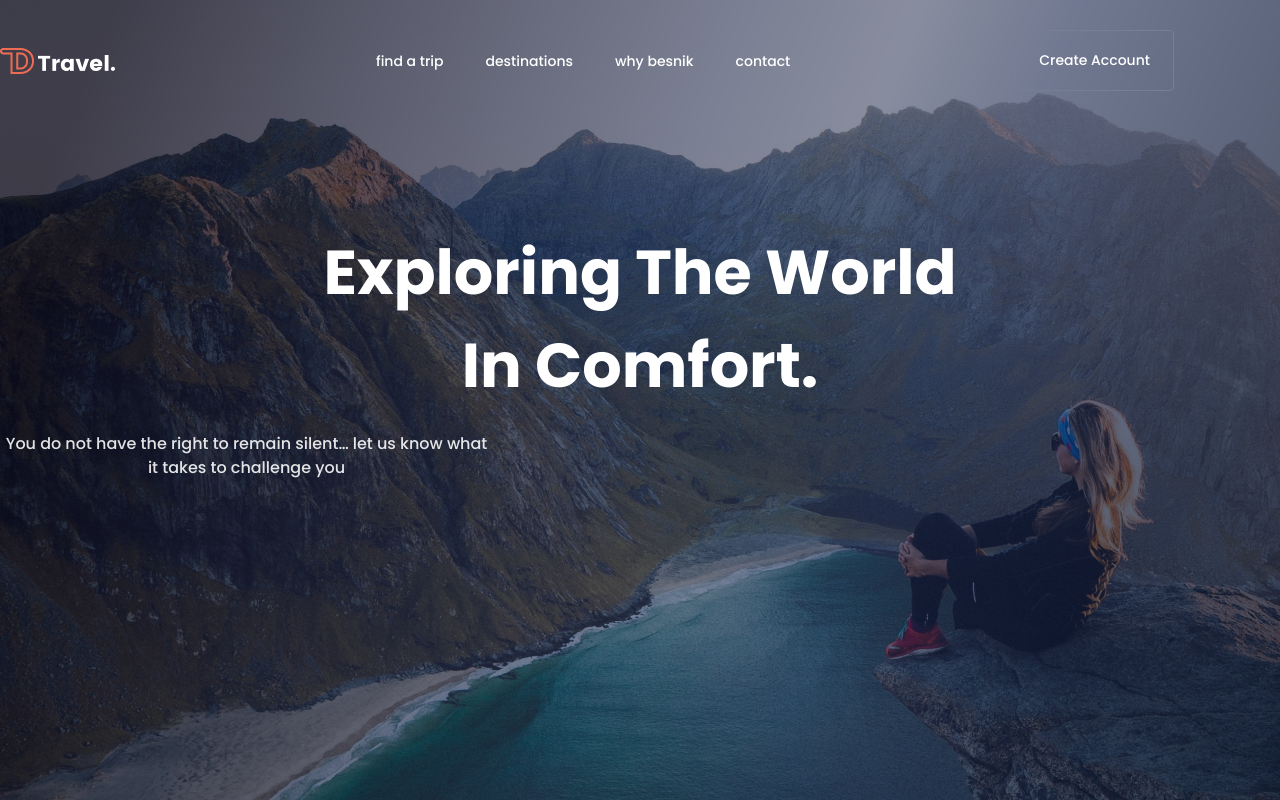
Repository: hoang0508/LandingPage-CodeTravel2
Page: index.html
The author's editor kept a copy of each file at every save. The page is drawn from the files as they stood at one save, then again after the next save.
The browser window is 1280 px wide. The pictures show the whole page.
The style sheet was rebuilt from its Sass, Less or Tailwind sources for each picture, by a compiler version that may differ from the author's.

Above is the page before, as saved 2022-09-15 15:53:40.

After the next save:
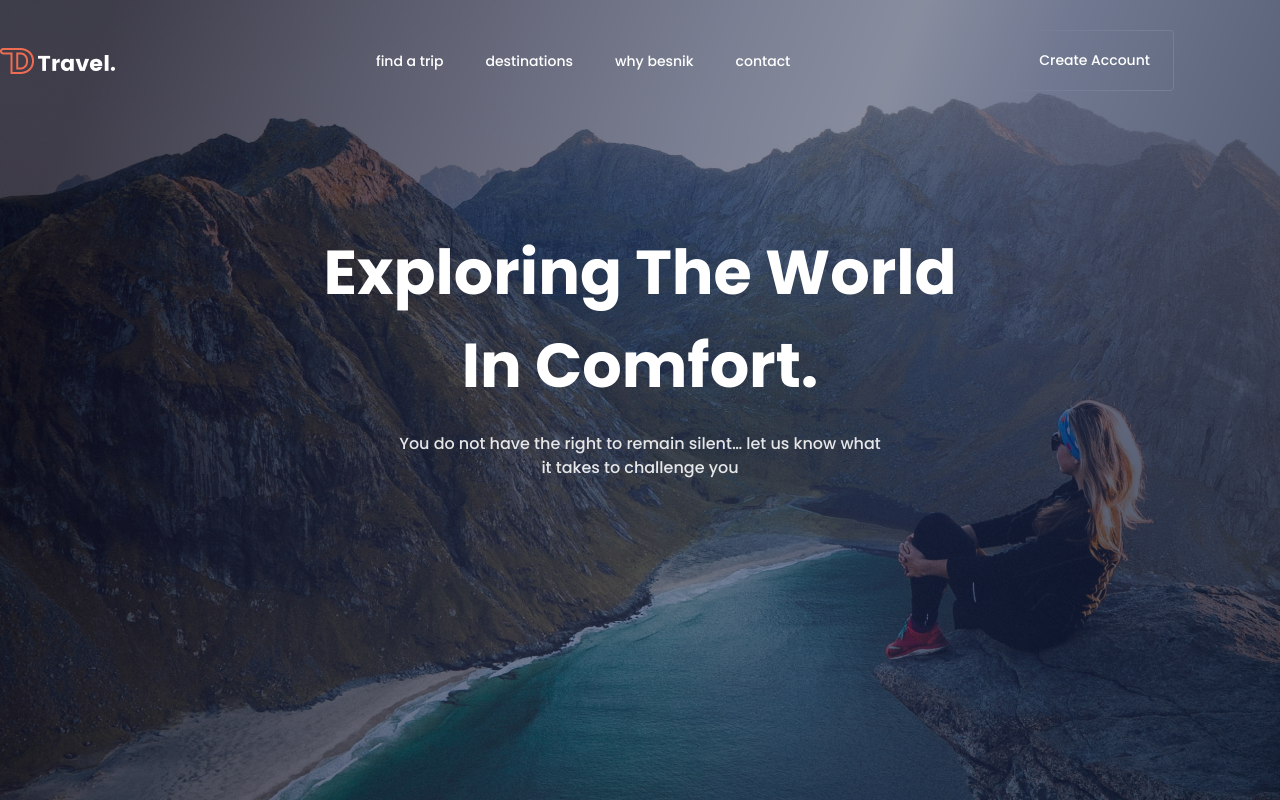
Saved 14 s later.
--- a/sass/_header.scss
+++ b/sass/_header.scss
@@ -37,7 +37,8 @@
       margin-bottom: 20px;
     }
     &--desc {
-      width: 493px;
+      max-width: 493px;
+      margin: 0 auto;
       color: #ffffff;
       font-weight: 500;
       mix-blend-mode: normal;
